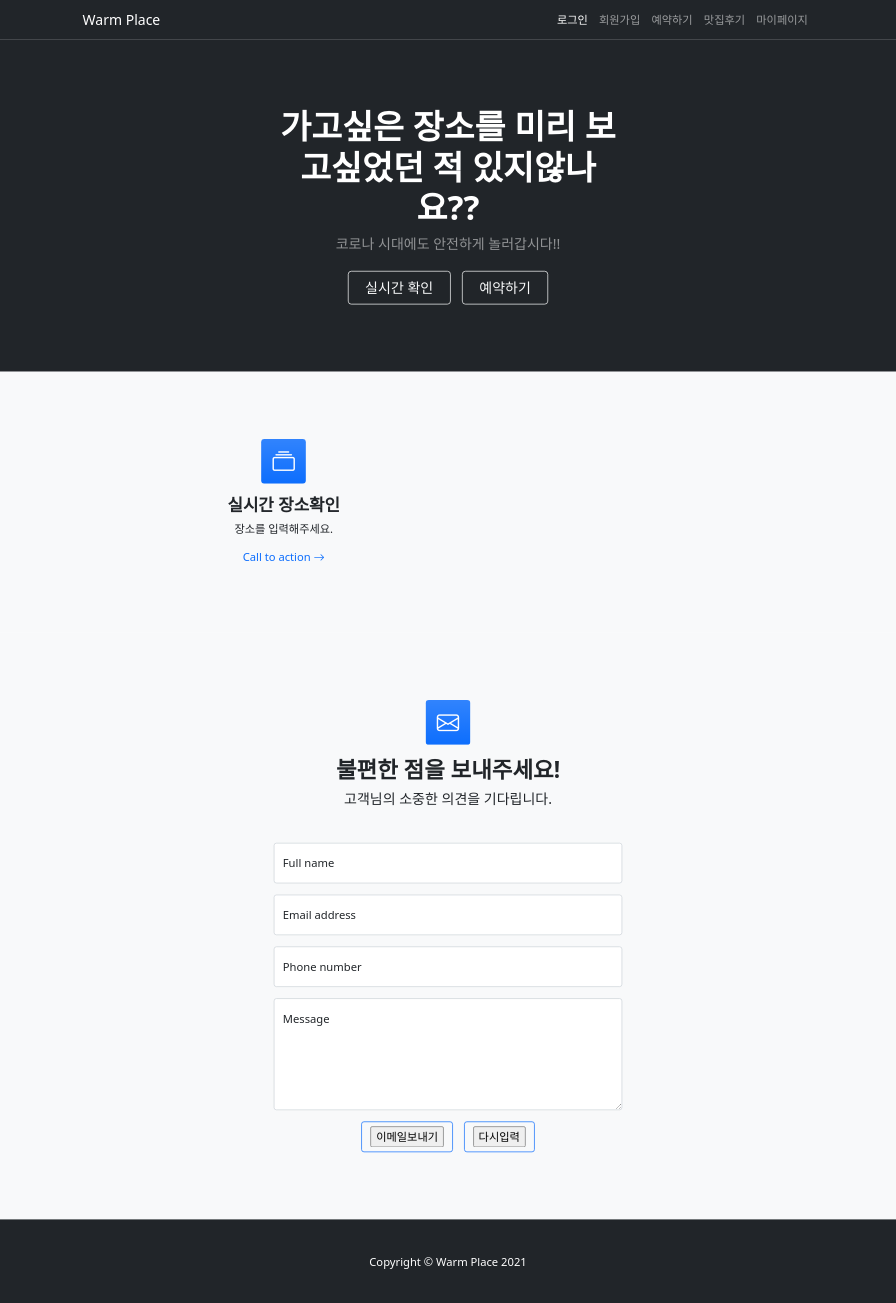
Repository: jaunnnngs/HackaTone
Page: http://localhost/StunProjects/St_Join/main.jsp
The author's editor kept a copy of each file at every save. The page is drawn from the files as they stood at one save, then again after the next save.
The browser window is 1280 px wide. The pictures show the whole page, at 70% of full size.
Some web libraries are served in a nearby version. The page is served by Tomcat 9. Other server files are loaded and not shown.

Above is the page before, as saved 2021-08-05 08:31:17.

### STUN_TEAM/StunProjects/src/main/webapp/St_Join/main.jsp
<%@ page language="java" contentType="text/html; charset=UTF-8" pageEncoding="UTF-8"%>
<!DOCTYPE html>
<html>
    <head>
        <meta charset="utf-8" />
        <meta name="viewport" content="width=device-width, initial-scale=1, shrink-to-fit=no" />
        <meta name="description" content="" />
        <meta name="author" content="" />
        <title>Warm Place_main</title>
        <!-- Favicon-->
        <link rel="icon" type="image/x-icon" href="assets/favicon.ico" />
        <!-- Bootstrap icons-->
        <link href="https://cdn.jsdelivr.net/npm/bootstrap-icons@1.4.1/font/bootstrap-icons.css" rel="stylesheet" />
        <!-- Core theme CSS (includes Bootstrap)-->
        <link href="css/styles.css" rel="stylesheet" />
    </head>
    <body>
   <%
	// 현재 세션 상태를 체크한다
	String userID = null;
	if (session.getAttribute("userID") != null) {
		userID = (String) session.getAttribute("userID");
	}
	%>

        <!-- Responsive navbar-->
        <nav class="navbar navbar-expand-lg navbar-dark bg-dark">
            <div class="container px-5">
                <a class="navbar-brand" href="../St_Join/main.jsp">Warm Place</a>
                <button class="navbar-toggler" type="button" data-bs-toggle="collapse" data-bs-target="#navbarSupportedContent" aria-controls="navbarSupportedContent" aria-expanded="false" aria-label="Toggle navigation"><span class="navbar-toggler-icon"></span></button>
                 <div class="collapse navbar-collapse" id="navbarSupportedContent">
                 <%
					// 로그인 하지 않았을 때 보여지는 화면
					if(userID == null){
				%>
                    <ul class="navbar-nav ms-auto mb-2 mb-lg-0">
                        <li class="nav-item"><a class="nav-link active" aria-current="page" href="../St_board/login.jsp">로그인</a></li>
                        <li class="nav-item"><a class="nav-link" href="../St_Join/st_userJoin.jsp">회원가입</a></li>
                        <li class="nav-item"><a class="nav-link" href="../St_Reservation/map.jsp">예약하기</a></li>
                        <li class="nav-item"><a class="nav-link" href="../St_board/bbs.jsp">맛집후기</a></li>
                        <li class="nav-item"><a class="nav-link" href="#!">마이페이지</a></li>
                    </ul>
				<%
				// 로그인이 되어 있는 상태에서 보여주는 화면
					}else{
				%>
                    <ul class="navbar-nav ms-auto mb-2 mb-lg-0">
                        <li class="nav-item"><a class="nav-link active" aria-current="page" href="../St_board/logoutAction.jsp">로그아웃</a></li>
                        <li class="nav-item"><a class="nav-link" href="../St_Join/st_userJoin.jsp">회원가입</a></li>
                        <li class="nav-item"><a class="nav-link" href="../St_Reservation/map.jsp">예약하기</a></li>
                        <li class="nav-item"><a class="nav-link" href="../St_board/bbs.jsp">맛집후기</a></li>
                        <li class="nav-item"><a class="nav-link" href="#!">마이페이지</a></li>
                    </ul>
                    <%
				}
			%>
                </div>
            </div>
        </nav>

	    <!-- Header-->
        <header class="bg-dark py-5">
            <div class="container px-5">
                <div class="row gx-5 justify-content-center">
                    <div class="col-lg-6">
                        <div class="text-center my-5">
                            <h1 class="display-5 fw-bolder text-white mb-2">가고싶은 장소를 미리 보고싶었던 적 있지않나요??</h1>
                            <p class="lead text-white-50 mb-4">코로나 시대에도 안전하게 놀러갑시다!!</p>
                            <div class="d-grid gap-3 d-sm-flex justify-content-sm-center">
                                <a class="btn btn-outline-light btn-lg px-4" href="#features">실시간 확인</a>
                                <a class="btn btn-outline-light btn-lg px-4" href="../St_Reservation/map.jsp">예약하기</a>
                            </div>
                        </div>
                    </div>
                </div>
            </div>
        </header>
        <!-- Features section-->
        <section class="bg-light py-5" id="features">
            <div class="container px-5 my-5 px-5" style="width:800px;">
                <div class="text-center mb-5">
                    <div class="col-lg-4 mb-5 mb-lg-0">
                        <div class="feature bg-primary bg-gradient text-white rounded-3 mb-3"><i class="bi bi-collection"></i></div>
                        <h2 class="h4 fw-bolder">실시간 장소확인</h2>
                        <p>장소를 입력해주세요.</p>
                        <a class="text-decoration-none" href="#!">
                            Call to action
                            <i class="bi bi-arrow-right"></i>
                        </a>
                    </div>

                </div>
            </div>
        </section>


        <!-- Contact section-->
        <section class="bg-light py-5">
            <div class="container px-5 my-5 px-5">
                <div class="text-center mb-5">
                    <div class="feature bg-primary bg-gradient text-white rounded-3 mb-3"><i class="bi bi-envelope"></i></div>
                    <h2 class="fw-bolder">불편한 점을 보내주세요!</h2>
                    <p class="lead mb-0">고객님의 소중한 의견을 기다립니다.</p>
                </div>
                <div class="row gx-5 justify-content-center">
                    <div class="col-lg-6">
                        <!-- * * * * * * * * * * * * * * *-->
                        <!-- * * SB Forms Contact Form * *-->
                        <!-- * * * * * * * * * * * * * * *-->
                        <!-- This form is pre-integrated with SB Forms.-->
                        <!-- To make this form functional, sign up at-->
                        <!-- https://startbootstrap.com/solution/contact-forms-->
                        <!-- to get an API token!-->

                            <form action="./main_mailaction.jsp"method="post" id="contactForm" data-sb-form-api-token="API_TOKEN">

                            <!-- Name input-->
                            <div class="form-floating mb-3">
                                <input class="form-control" id="name" type="text" placeholder="Enter your name..." data-sb-validations="required" />
                                <label for="name">Full name</label>
                                <div class="invalid-feedback" data-sb-feedback="name:required">A name is required.</div>
                            </div>
                            <!-- Email address input-->
                            <div class="form-floating mb-3">
                                <input class="form-control" id="email" type="email" placeholder="name@example.com" data-sb-validations="required,email" />
                                <label for="email">Email address</label>
                                <div class="invalid-feedback" data-sb-feedback="email:required">An email is required.</div>
                                <div class="invalid-feedback" data-sb-feedback="email:email">Email is not valid.</div>
                            </div>
                            <!-- Phone number input-->
                            <div class="form-floating mb-3">
                                <input class="form-control" id="phone" type="tel" placeholder="(123) 456-7890" data-sb-validations="required" />
                                <label for="phone">Phone number</label>
                                <div class="invalid-feedback" data-sb-feedback="phone:required">A phone number is required.</div>
                            </div>
                            <!-- Message input-->
                            <div class="form-floating mb-3">
                                <textarea class="form-control" id="message" type="text" placeholder="Enter your message here..." style="height: 10rem" data-sb-validations="required"></textarea>
                                <label for="message">Message</label>
                                <div class="invalid-feedback" data-sb-feedback="message:required">A message is required.</div>
                            </div>
                            <!-- 제출 성공시 뜨는 메세지-->
                            <!---->
                            <!-- This is what your users will see when the form-->
                            <!-- has successfully submitted-->
                            <div class="d-none" id="submitSuccessMessage">
                                <div class="text-center mb-3">
                                    <div class="fw-bolder">Form submission successful!</div>
                                    To activate this form, sign up at
                                    <br />
                                    <a href="https://startbootstrap.com/solution/contact-forms">https://startbootstrap.com/solution/contact-forms</a>
                                </div>
                            </div>
                            <!-- 제출 에러 메세지-->
                            <!---->
                            <!-- This is what your users will see when there is-->
                            <!-- an error submitting the form-->
                            <div class="d-none" id="submitErrorMessage"><div class="text-center text-danger mb-3">Error sending message!</div></div>
                            <!--마지막 버튼!  -->
                            <div class="d-grid gap-3 d-sm-flex justify-content-sm-center">
							<a class="btn btn-outline-primary"><input type="submit" value="이메일보내기"></a>
							<a class="btn btn-outline-primary"><input type="reset" value="다시입력"></a></div>
							</form>
                    </div>
                </div>
            </div>
        </section>
        <!-- Footer-->
        <footer class="py-5 bg-dark">
            <div class="container px-5"><p class="m-0 text-center text-white">Copyright &copy; Warm Place 2021</p></div>
        </footer>
        <!-- Bootstrap core JS-->
        <script src="https://cdn.jsdelivr.net/npm/bootstrap@5.0.2/dist/js/bootstrap.bundle.min.js"></script>
        <!-- Core theme JS-->
        <script src="js/scripts.js"></script>
        <!-- * * * * * * * * * * * * * * * * * * * * * * * * * * * * * * * * * * * * * * * *-->
        <!-- * *                               SB Forms JS                               * *-->
        <!-- * * Activate your form at https://startbootstrap.com/solution/contact-forms * *-->
        <!-- * * * * * * * * * * * * * * * * * * * * * * * * * * * * * * * * * * * * * * * *-->
        <script src="https://cdn.startbootstrap.com/sb-forms-latest.js"></script>
    </body>
</html>

### STUN_TEAM/StunProjects/src/main/webapp/St_Join/js/scripts.js
/*!
* Start Bootstrap - Business Frontpage v5.0.3 (https://startbootstrap.com/template/business-frontpage)
* Copyright 2013-2021 Start Bootstrap
* Licensed under MIT (https://github.com/StartBootstrap/startbootstrap-business-frontpage/blob/master/LICENSE)
*/
// This file is intentionally blank
// Use this file to add JavaScript to your project

Loaded but not shown: STUN_TEAM/StunProjects/src/main/webapp/St_Join/css/styles.css (library)

After the next save:
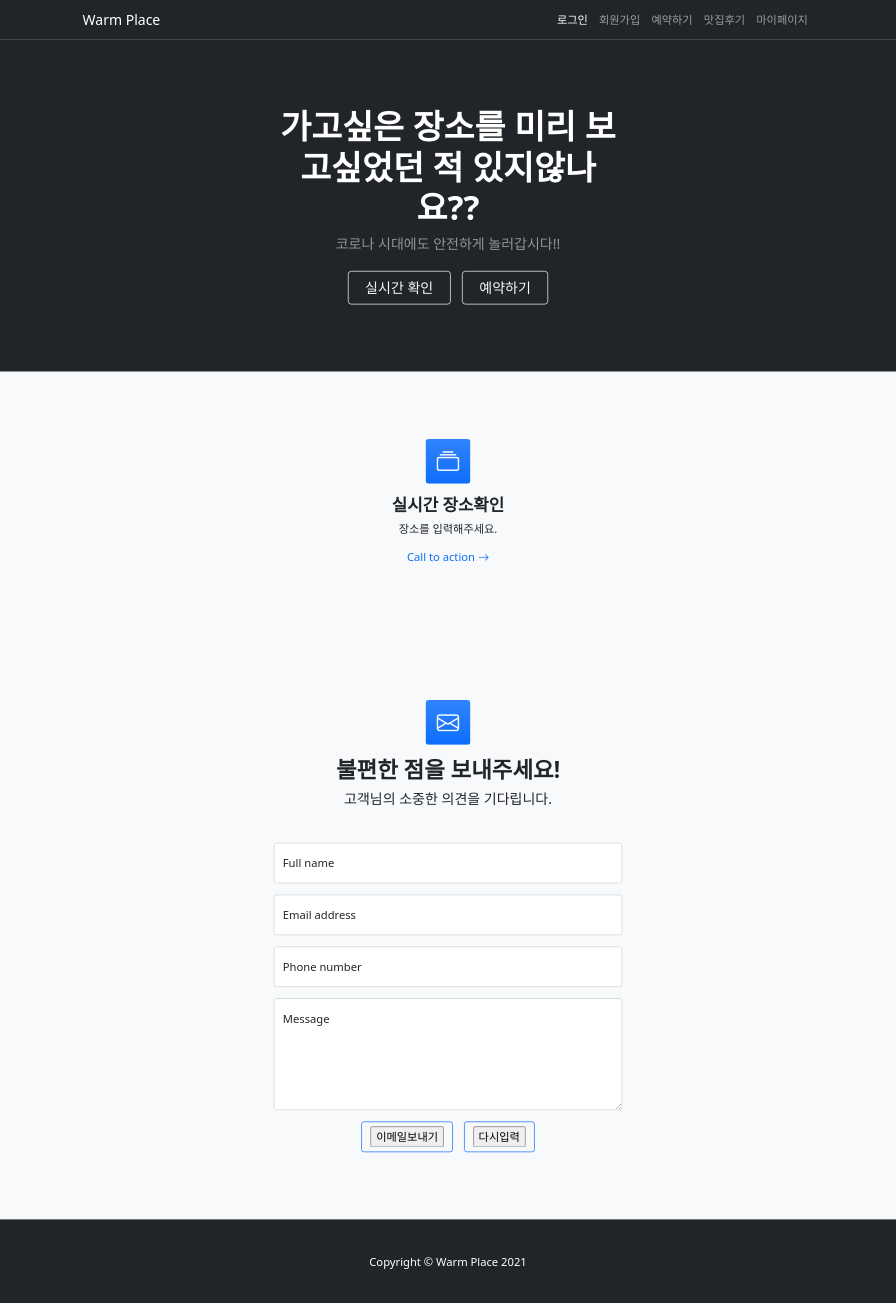
Saved 45 s later.
--- a/STUN_TEAM/StunProjects/src/main/webapp/St_Join/main.jsp
+++ b/STUN_TEAM/StunProjects/src/main/webapp/St_Join/main.jsp
@@ -79,7 +79,6 @@
         <section class="bg-light py-5" id="features">
             <div class="container px-5 my-5 px-5" style="width:800px;">
                 <div class="text-center mb-5">
-                    <div class="col-lg-4 mb-5 mb-lg-0">
                         <div class="feature bg-primary bg-gradient text-white rounded-3 mb-3"><i class="bi bi-collection"></i></div>
                         <h2 class="h4 fw-bolder">실시간 장소확인</h2>
                         <p>장소를 입력해주세요.</p>
@@ -90,7 +89,7 @@
                     </div>
 
                 </div>
-            </div>
+
         </section>
 
 
